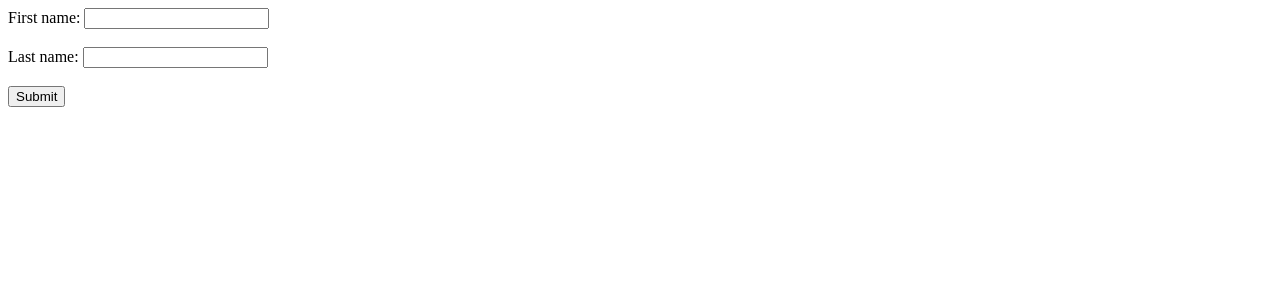
Repository: Kyle-Fang-15/JavaEE
Page: jspdemo/WebContent/student dropdown form.html
The author's editor kept a copy of each file at every save. The page is drawn from the files as they stood at one save, then again after the next save.
The browser window is 1280 px wide. The pictures show the whole page.

Above is the page before, as saved 2018-04-18 04:32:01.

After the next save:
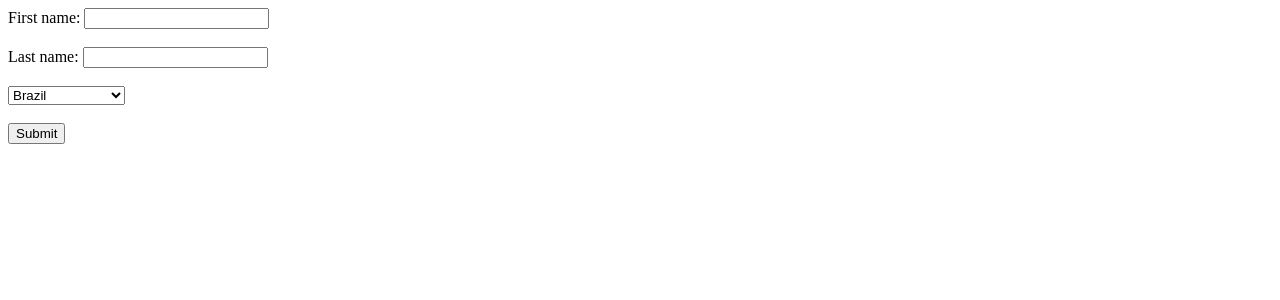
Saved 20 min 4 s later.
--- a/jspdemo/WebContent/student dropdown form.html
+++ b/jspdemo/WebContent/student dropdown form.html
@@ -3,11 +3,22 @@
 <head><title>Student Registration Form</title></head>
 <body>
 
-<form action="student-response.jsp">
+<form action="student-dropdown-response.jsp">
 First name: <input type="text" name="firstName"/>
 <br />
 <br />
 Last name: <input type="text" name="lastName" />
+<br />
+<br />
+<select name="country">
+
+<option>Brazil</option>
+<option>France</option>
+<option>Germany</option>
+<option>Turkey</option>
+<option>United Kingdom</option>
+<option>United States</option>
+</select>
 <br />
 <br />
 <input type="submit" value="Submit" />
